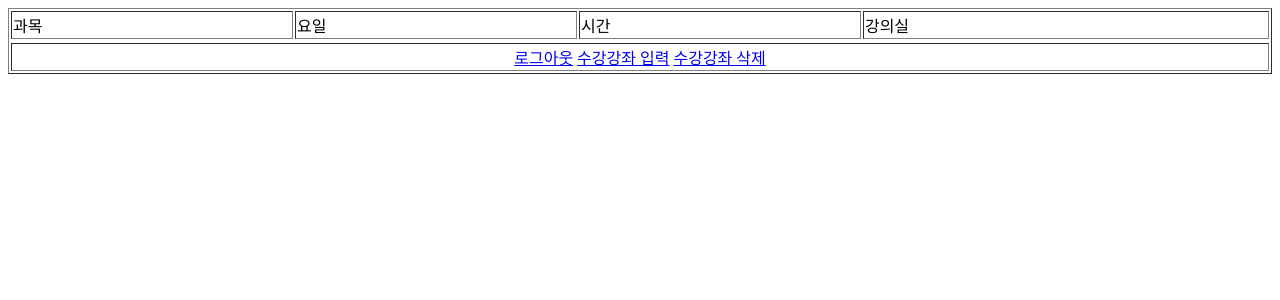
Repository: wake45/Web_Programming_Project
Page: http://localhost/WebP/class.jsp
An editor plug-in stored every save of this project. The page is shown before and after the next save, followed by the edit.
The browser window is 1280 px wide. The pictures show the whole page.
The page is served by Tomcat 9. Queries for data that is not in the repository find no rows.

Above is the page before, as saved 2018-06-17 15:35:57.

After the next save:
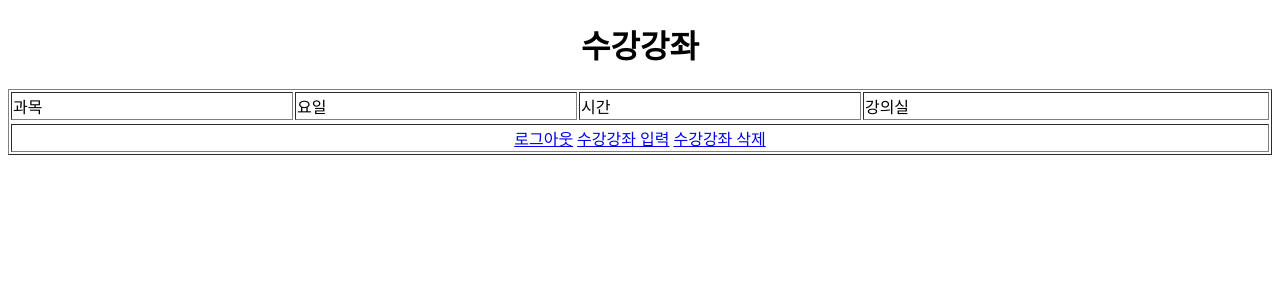
Saved 92 s later.
--- a/Web_기말프로젝트_20145150_이상욱/WebP/WebContent/class.jsp
+++ b/Web_기말프로젝트_20145150_이상욱/WebP/WebContent/class.jsp
@@ -10,6 +10,8 @@
 <jsp:useBean id="class_" class="classes.Info" scope="page"/>
 <jsp:useBean id="dbconnect" class="classes.DBConnection" scope="page"/>
 <jsp:setProperty name="class_" property="*"/>
+<center>
+<h1>수강강좌</h1>
 	<table width="100%" border=collapse>
 	<tr>
 		<td>과목
@@ -41,12 +43,13 @@
 		}
 
 	%>
-	<tr>
-		<td colspan="4" align="center">
-		<a href="logout.jsp">로그아웃</a>
-		<a href="insert.html">수강강좌 입력</a>
-		<a href="delete.html">수강강좌 삭제</a>
-	</tr>
-		</table>
+		<tr>
+			<td colspan="4" align="center">
+			<a href="logout.jsp">로그아웃</a>
+			<a href="insert.html">수강강좌 입력</a>
+			<a href="delete.html">수강강좌 삭제</a>
+		</tr>
+	</table>
+</center>
 </body>
 </html>
